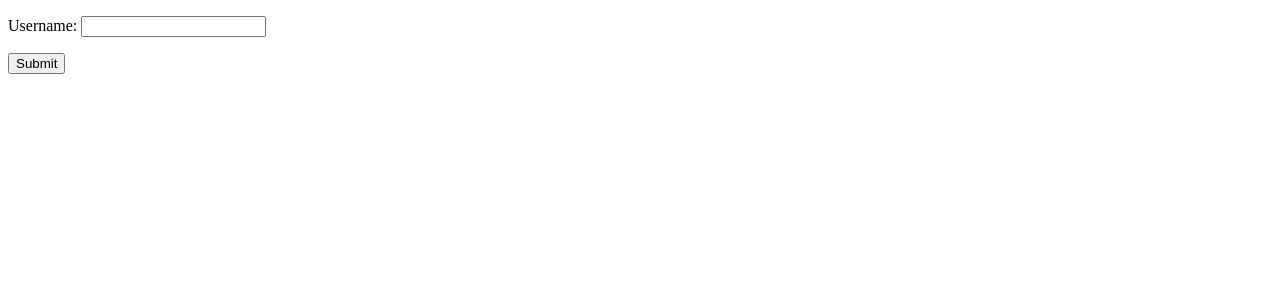
Repository: Jtho28/4830-group-project
Page: Esports-webproj/src/main/webapp/WEB-INF/Login.html
These files come from the project's save history. The page is drawn as it stood at one moment and after the next save; the edit follows.
The browser window is 1280 px wide. The pictures show the whole page.

Above is the page before, as saved 2022-11-16 20:18:56.

After the next save:
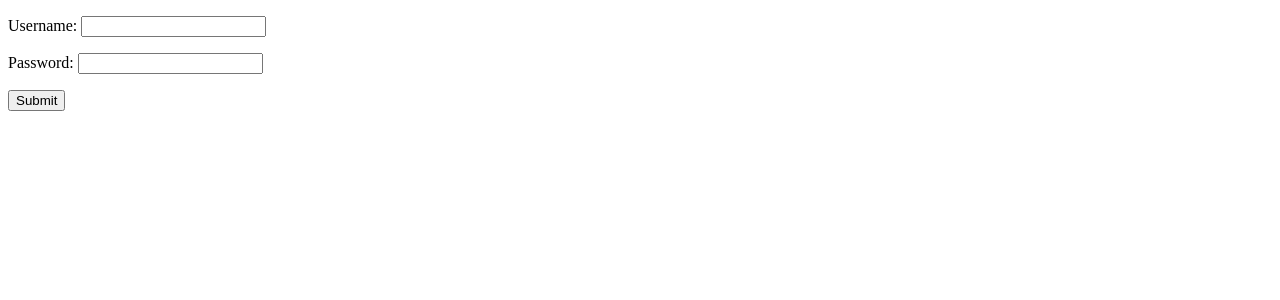
Saved 2 min 30 s later.
--- a/Esports-webproj/src/main/webapp/WEB-INF/Login.html
+++ b/Esports-webproj/src/main/webapp/WEB-INF/Login.html
@@ -6,7 +6,8 @@
 </head>
 <body>
 <form action="GetBookDetails" method="post">
-<p>Username: <input type="text" name="keyword" /></p>
+<p>Username: <input type="text" name="username" /></p>
+<p>Password: <input type="text" name="password" /></p>
 <p><input type="submit" /></p>
 </form>
 </body>
